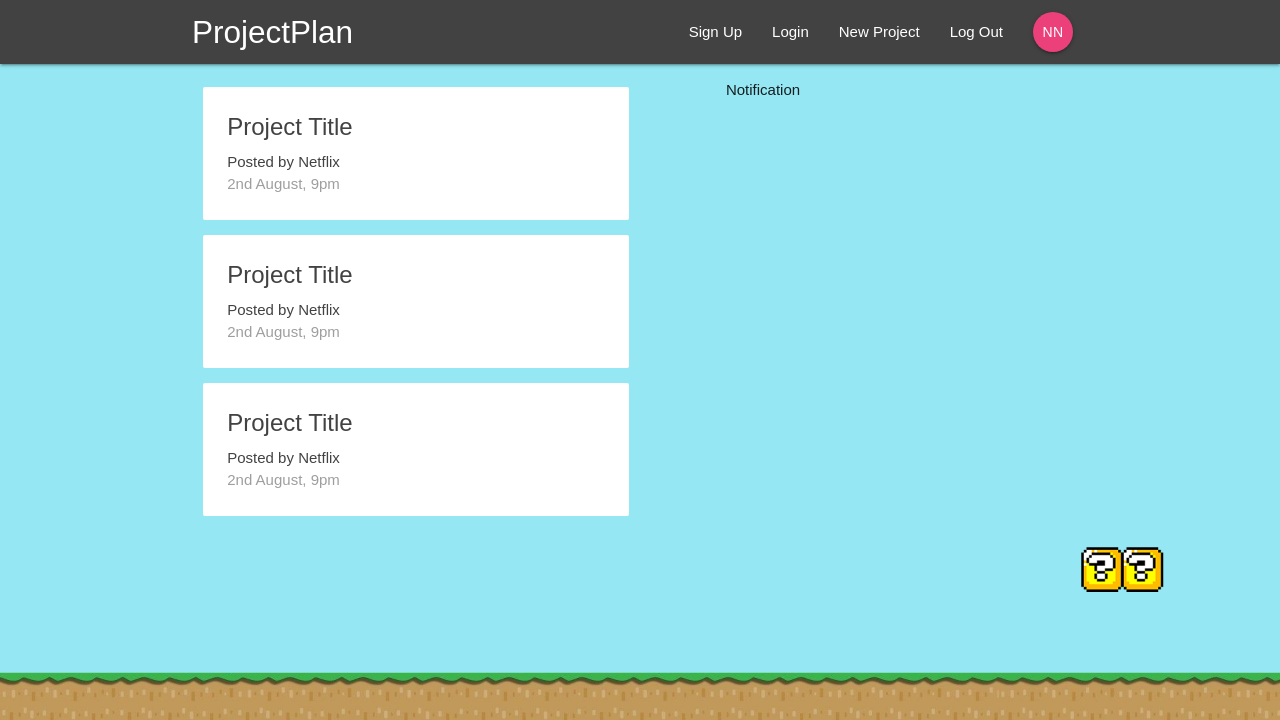
Repository: Ranjan08385/React-Firebase-Project
Page: /
An editor plug-in stored every save of this project. The page is shown before and after the next save, followed by the edit.
The browser window is 1280 px wide. The pictures show the whole page.
The project was rebuilt for these pictures with package versions that can differ from the ones it lists, and the page was loaded fresh each time. Also part of the build but not shown: src/Components/projects/ProjectDetails.js, src/Components/auth/SignIn.js, src/Components/auth/SignUp.js, src/Components/projects/CreateProject.js.

Above is the page before, as saved 2019-10-10 15:53:22.

### public/index.html
<!DOCTYPE html>
<html lang="en">
  <head>
    <meta charset="utf-8" />
    <link rel="icon" href="%PUBLIC_URL%/favicon.ico" />
    <meta name="viewport" content="width=device-width, initial-scale=1" />
    <meta name="theme-color" content="#000000" />
    <meta
      name="description"
      content="Web site created using create-react-app"
    />
    <link rel="apple-touch-icon" href="logo192.png" />
    <!--
      manifest.json provides metadata used when your web app is installed on a
      user's mobile device or desktop. See https://developers.google.com/web/fundamentals/web-app-manifest/
    -->
    <link rel="manifest" href="%PUBLIC_URL%/manifest.json" />
    <!--
      Notice the use of %PUBLIC_URL% in the tags above.
      It will be replaced with the URL of the `public` folder during the build.
      Only files inside the `public` folder can be referenced from the HTML.

      Unlike "/favicon.ico" or "favicon.ico", "%PUBLIC_URL%/favicon.ico" will
      work correctly both with client-side routing and a non-root public URL.
      Learn how to configure a non-root public URL by running `npm run build`.
    -->
    <!--Import Google Icon Font-->
    <!-- Compiled and minified CSS -->
    <link
      rel="stylesheet"
      href="https://cdnjs.cloudflare.com/ajax/libs/materialize/1.0.0/css/materialize.min.css"
    />

    <!-- Compiled and minified JavaScript -->
    <script src="https://cdnjs.cloudflare.com/ajax/libs/materialize/1.0.0/js/materialize.min.js"></script>
    <title>React App</title>
  </head>
  <body>
    <noscript>You need to enable JavaScript to run this app.</noscript>
    <div id="root"></div>
    <!--
      This HTML file is a template.
      If you open it directly in the browser, you will see an empty page.

      You can add webfonts, meta tags, or analytics to this file.
      The build step will place the bundled scripts into the <body> tag.

      To begin the development, run `npm start` or `yarn start`.
      To create a production bundle, use `npm run build` or `yarn build`.
    -->
  </body>
</html>

### src/index.js
import React from "react";
import ReactDOM from "react-dom";
import "./index.css";
import App from "./App";
import * as serviceWorker from "./serviceWorker";
import { createStore } from "redux";
import rootReducer from "./store/reducers/rootReducer";
import { Provider } from "react-redux";

const store = createStore(rootReducer);

ReactDOM.render(
  <Provider store={store}>
    <App />
  </Provider>,
  document.getElementById("root")
);

serviceWorker.unregister();

### src/index.css
html {
  min-height: 100%;
}
body {
  margin: 0;
  padding: 0;
  font-family: sans-serif;
  background: url("/img/project-bg.png") no-repeat;
  background-size: 100%;
  background-position: bottom;
  background-color: #95e8f3;
  min-height: 100%;
}

form {
  padding: 20px;
  margin-top: 50px;
}

form button,
form h5 {
  margin: 20px 0;
}

input[type="text"]:not(.browser-default):focus:not([readonly]),
input[type="email"]:not(.browser-default):focus:not([readonly]),
input[type="password"]:not(.browser-default):focus:not([readonly]),
textarea.materialize-textarea:focus:not([readonly]) {
  border-color: #ec407a;
  box-shadow: none;
}

### src/App.js
import React from "react";
import { BrowserRouter as Router, Route, Switch } from "react-router-dom";
import Navbar from "./Components/layouts/Navbar";
import Dashboard from "./Components/dashboard/Dashboard";
import ProjectDetails from "./Components/projects/ProjectDetails";
import SignIn from "./Components/auth/SignIn";
import SignUp from "./Components/auth/SignUp";
import CreateProject from "./Components/projects/CreateProject";

function App() {
  return (
    <Router>
      <div className="App">
        <Navbar />
        <Switch>
          <Route exact path="/" component={Dashboard} />
          <Route path="/project/:id" component={ProjectDetails} />
          <Route path="/signin" component={SignIn} />
          <Route path="/signup" component={SignUp} />
          <Route path="/create" component={CreateProject} />
        </Switch>
      </div>
    </Router>
  );
}

export default App;

### src/store/reducers/rootReducer.js
import authReducer from "./authReducer";
import projectReducer from "./projectReducer";

import { combineReducers } from "redux";

const rootReducer = combineReducers({
  auth: authReducer,
  project: projectReducer
});

export default rootReducer;

### src/Components/layouts/Navbar.js
import React from "react";
import { Link } from "react-router-dom";
import SignInLink from "./SignInLink";
import SignOutLink from "./SignOutLink";
const Navbar = () => {
  return (
    <nav className="nav-wrapper grey darken-3">
      <div className="container">
        <Link to="/" className="brand-logo">
          ProjectPlan
        </Link>
        <SignInLink />
        <SignOutLink />
      </div>
    </nav>
  );
};

export default Navbar;

### src/Components/dashboard/Dashboard.js
import React, { Component } from "react";
import Notifications from "./Notification";
import ProjectList from "../projects/ProjectList";
import { connect } from "react-redux";

class Dashboard extends Component {
  render() {
    // console.log(this.props);
    const { projects } = this.props;
    return (
      <div className="Dashboard container">
        <div className="row">
          <div className="col s12 m6">
            <ProjectList projects={projects} />
          </div>
          <div className="col s12 m5 offset-m1">
            <Notifications />
          </div>
        </div>
      </div>
    );
  }
}

const mapStateToProps = state => {
  return {
    projects: state.project.projects
  };
};

export default connect(mapStateToProps)(Dashboard);

### src/store/reducers/authReducer.js
const initialState = {};

const authReducer = (state = initialState, action) => {
  return state;
};

export default authReducer;

### src/store/reducers/projectReducer.js
const initialState = {
  projects: [
    { id: 1, title: "abc", content: "jsndvjnfv" },
    { id: 2, title: "xyz", content: "erfsdsdavd" },
    { id: 3, title: "asd", content: "sadvargvxcxvzx" }
  ]
};

const projectReducer = (state = initialState, action) => {
  return state;
};

export default projectReducer;

### src/Components/layouts/SignInLink.js
import React from "react";
import { NavLink } from "react-router-dom";
const SignInLink = () => {
  return (
    <ul className="right">
      <li>
        <NavLink to="/create">New Project</NavLink>
      </li>
      <li>
        <NavLink to="/">Log Out</NavLink>
      </li>
      <li>
        <NavLink to="/" className="btn btn-floating pink lighten-1">
          NN
        </NavLink>
      </li>
    </ul>
  );
};

export default SignInLink;

### src/Components/layouts/SignOutLink.js
import React from "react";
import { NavLink } from "react-router-dom";
const SignOutLink = () => {
  return (
    <ul className="right">
      <li>
        <NavLink to="/signup">Sign Up</NavLink>
      </li>
      <li>
        <NavLink to="/signin">Login</NavLink>
      </li>
    </ul>
  );
};

export default SignOutLink;

### src/Components/dashboard/Notification.js
import React from "react";

const Notification = () => {
  return (
    <div>
      <p>Notification</p>
    </div>
  );
};

export default Notification;

### src/Components/projects/ProjectList.js
import React from "react";
import ProjectSummary from "./ProjectSummary";

const ProjectList = ({ projects }) => {
  return (
    <div className="project-list section">
      {projects &&
        projects.map(project => {
          return <ProjectSummary project={project} />;
        })}
    </div>
  );
};

export default ProjectList;

### src/Components/projects/ProjectSummary.js
import React from "react";

const ProjectSummary = () => {
  return (
    <div className="card z-depth-0 project-summary">
      <div className="card-content grey-text text-darken-3">
        <span className="card-title">Project Title</span>
        <p>Posted by Netflix</p>
        <p className="grey-text">2nd August, 9pm</p>
      </div>
    </div>
  );
};

export default ProjectSummary;

Loaded but not shown: src/serviceWorker.js (common file)

After the next save:
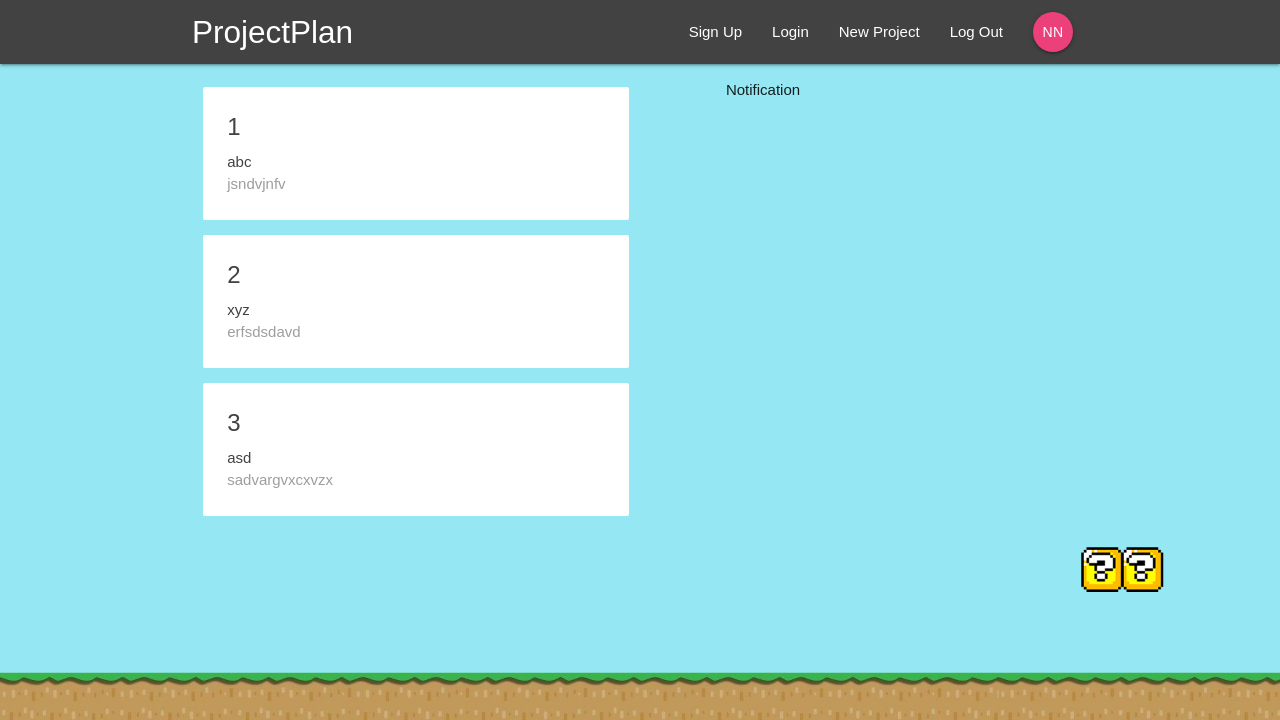
Saved 9 min 20 s later.
--- a/src/Components/projects/ProjectSummary.js
+++ b/src/Components/projects/ProjectSummary.js
@@ -1,12 +1,12 @@
 import React from "react";
 
-const ProjectSummary = () => {
+const ProjectSummary = ({ project }) => {
   return (
     <div className="card z-depth-0 project-summary">
       <div className="card-content grey-text text-darken-3">
-        <span className="card-title">Project Title</span>
-        <p>Posted by Netflix</p>
-        <p className="grey-text">2nd August, 9pm</p>
+        <span className="card-title">{project.id}</span>
+        <p>{project.title}</p>
+        <p className="grey-text">{project.content}</p>
       </div>
     </div>
   );
